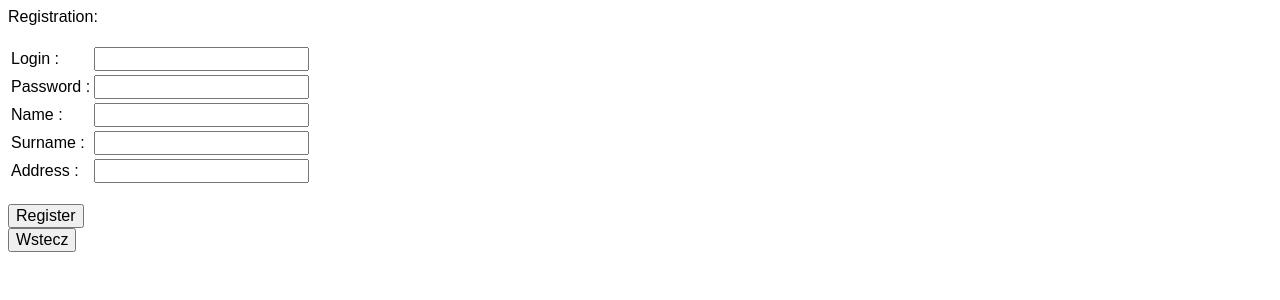
Repository: zlenyk/wrzucak
Page: http://localhost/Shop/registration.html
An editor plug-in stored every save of this project. The page is shown before and after the next save, followed by the edit.
The browser window is 1280 px wide. The pictures show the whole page.
The page is served by Tomcat 9.

Above is the page before, as saved 2013-09-24 10:53:46.

### Shop/WebContent/registration.html
<!DOCTYPE html>
<html>
<head>
<meta http-equiv="Content-Type" content="text/html; charset=ISO-8859-1">
<head>
  <link rel="Stylesheet" type="text/css" href="style.css" />
</head>
<body>
  <form method="POST" action="http://localhost:8080/Shop/Registration">
    Registration:<br /><br />
    <table id = "box">
    	<tr>
    		<td>Login :</td> <td><input type="text" name="login" /></td>
    	</tr>
    	<tr>
    		<td>Password :</td> <td><input type="password" name="password" /></td>
    	</tr>
    	<tr>
    		<td>Name :</td> <td><input type="text" name="name" /></td>
    	</tr>
    	<tr>
    		<td>Surname :</td> <td><input type="text" name="surname" /></td>
    	</tr>
    	<tr>
    		<td>Address :</td> <td><input type="text" name="address" /></td>
    	</tr>
    </table>
    <br />
    <input type="hidden" name ="action" value = "login" />
    <input type="submit" value="Register" />
  </form>
  <form action="http://localhost:8080/Shop/index.html">
    <input type="submit" value="Wstecz">
</form>
</body>
</html>

### Shop/WebContent/style.css
@CHARSET "UTF-8";

html {
    font-family: sans-serif; /* 1 */
}

a {
    background: transparent;
}
a:active,
a:hover {
    outline: 0;
}
h1 {
    font-size: 2em;
    margin: 0.67em 0;
}

fieldset {
    border: 1px solid #c0c0c0;
    margin: 0 2px;
    padding: 0.35em 0.625em 0.75em;
}

button,
input,
select,
textarea {
    font-family: inherit; /* 1 */
    font-size: 100%; /* 2 */
    margin: 0; /* 3 */
}

.back {
	background-image:url("images/running_background.jpg");
	background-size:100% 650px;
}

ul, ul li {
	display: block;
	list-style: none;
	margin: 0;
	padding: 0;
}

ul {
	width: 150px;
	padding: 2px 2px 1px 2px;
	background-color: #9ce;
	border: 3px double #28e;
}

ul li {
	border-bottom: 1px solid #9ce;
}

ul a:link, ul a:visited {
	display: block;
	width: 126px;
	text-decoration: none;
	padding: 7px;
	font-weight: bold;
	background-color: #27c;
	color: #def;
	border-left: 10px solid #25b;
}

ul a:hover {
	width: 136px;
	background-color: #28e;
	color: #fff;
	border-left: 20px solid #26d;
}
.box
{
	font-size: 12px;
	margin: 45px;
	width: 480px;
	text-align: left;
	border-collapse: collapse;
}
.box th
{
	font-size: 13px;
	font-weight: normal;
	padding: 8px;
	background: #b9c9fe;
	border-top: 4px solid #aabcfe;
	border-bottom: 1px solid #fff;
	color: #039;
}
.box td
{
	padding: 8px;
	background: #e8edff;
	border-bottom: 1px solid #fff;
	color: #669;
	border-top: 1px solid transparent;
}
.box tr:hover td
{
	background: #d0dafd;
	color: #339;
}

After the next save:
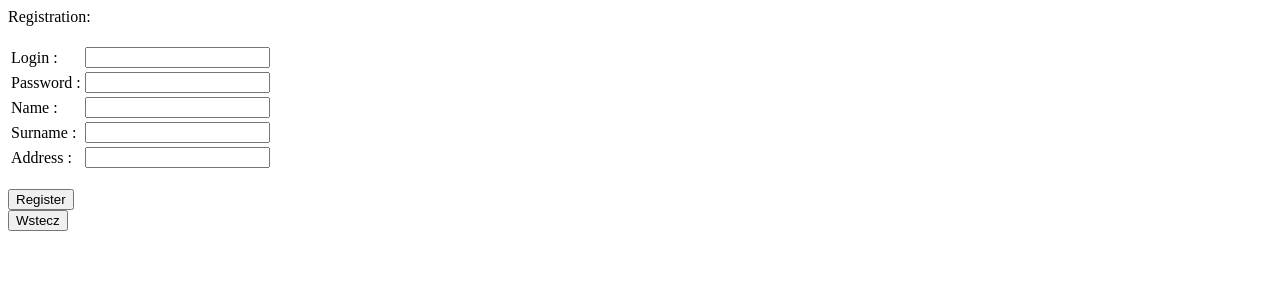
Saved 81 s later.
--- a/Shop/WebContent/style.css
+++ b/Shop/WebContent/style.css
@@ -1,35 +1,4 @@
 @CHARSET "UTF-8";
-
-html {
-    font-family: sans-serif; /* 1 */
-}
-
-a {
-    background: transparent;
-}
-a:active,
-a:hover {
-    outline: 0;
-}
-h1 {
-    font-size: 2em;
-    margin: 0.67em 0;
-}
-
-fieldset {
-    border: 1px solid #c0c0c0;
-    margin: 0 2px;
-    padding: 0.35em 0.625em 0.75em;
-}
-
-button,
-input,
-select,
-textarea {
-    font-family: inherit; /* 1 */
-    font-size: 100%; /* 2 */
-    margin: 0; /* 3 */
-}
 
 .back {
 	background-image:url("images/running_background.jpg");
